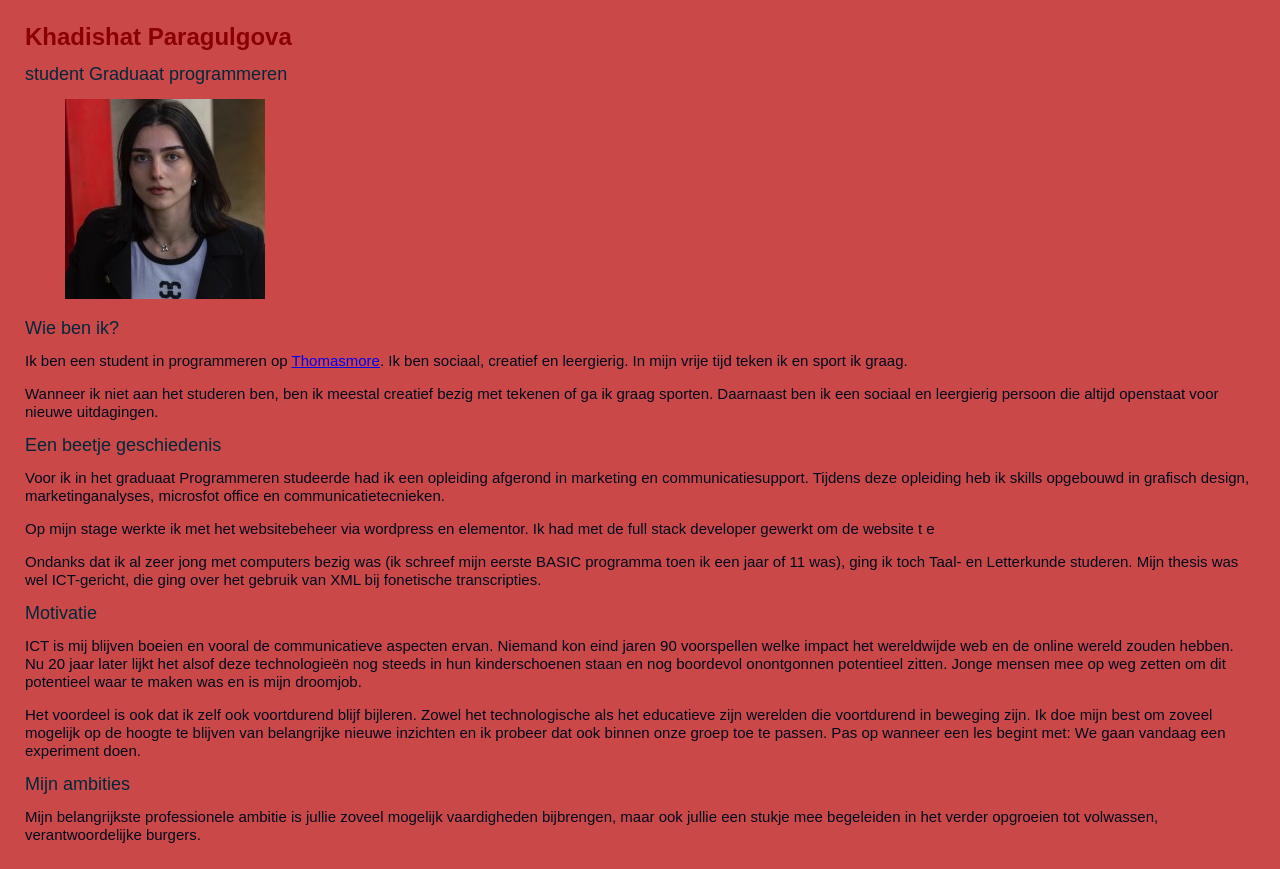
Repository: khadishat00/portfolio
Page: index.html
These files come from the project's save history. The page is drawn as it stood at one moment and after a run of saves; the edit follows.
The browser window is 1280 px wide. The pictures show the whole page.

Above is the page before, as saved 2026-09-24 15:05:07.

### index.html
<!doctype html>
<html lang="en">
  <head>
    <meta charset="UTF-8" />
    <meta name="viewport" content="width=device-width, initial-scale=1.0" />
    <title>portfolio</title>
  </head>
  <style>
    html {
      font-family: Arial, sans-serif;
    }
    body {
      background-color: rgb(203, 72, 72);
      margin: 25px;
    }
    h1 {
      font-family: "Century Gothic", sans-serif;
      color: darkred;
      font-weight: bold;
      font-size: 24px;
      line-height: 24px;
    }
    h2 {
      font-family: "Century Gothic", sans-serif;
      color: #00283c;
      font-weight: normal;
      font-size: 18px;
      line-height: 18px;
    }
    p {
      font-family: Arial, sans-serif;
      color: #000a1e;
      font-size: 15px;
      line-height: 18px;
      font-weight: normal;
      padding:;
    }

    figure {
      display: block;
      margin-block-start: 1em;
      margin-block-end: 1em;
      margin-inline-start: 40px;
      margin-inline-end: 40px;
      unicode-bidi: isolate;
    }

    img {
      max-width: 100%;
      border-color: blue;

    }
  </style>

  <body>
    <header>
         <h1>Khadishat Paragulgova</h1>
      <h2>student Graduaat programmeren</h2>
      <figure>
        <img src="profielfoto.jpg" alt="Mijn profielfoto" />
      </figure>
    </header>
    <main>
     <h2>Wie ben ik?</h2>
      <p>
        Ik ben een student in programmeren op
        <a href="https://thomasmore.be/nl">Thomasmore</a>. Ik ben sociaal,
        creatief en leergierig. In mijn vrije tijd teken ik en sport ik graag.
      </p>
      <p>
        Wanneer ik niet aan het studeren ben, ben ik meestal creatief bezig met
        tekenen of ga ik graag sporten. Daarnaast ben ik een sociaal en
        leergierig persoon die altijd openstaat voor nieuwe uitdagingen.
      </p>

      <h2>Een beetje geschiedenis</h2>
      <p>
        Voor ik in het graduaat Programmeren studeerde had ik een opleiding
        afgerond in marketing en communicatiesupport. Tijdens deze opleiding heb
        ik skills opgebouwd in grafisch design, marketinganalyses, microsfot
        office en communicatietecnieken.
      </p>
      <p>
        Op mijn stage werkte ik met het websitebeheer via wordpress en
        elementor. Ik had met de full stack developer gewerkt om de website t e
      </p>
      <p>
        Ondanks dat ik al zeer jong met computers bezig was (ik schreef mijn
        eerste BASIC programma toen ik een jaar of 11 was), ging ik toch Taal-
        en Letterkunde studeren. Mijn thesis was wel ICT-gericht, die ging over
        het gebruik van XML bij fonetische transcripties.
      </p>

      <h2>Motivatie</h2>
      <p>
        ICT is mij blijven boeien en vooral de communicatieve aspecten ervan.
        Niemand kon eind jaren 90 voorspellen welke impact het wereldwijde web
        en de online wereld zouden hebben. Nu 20 jaar later lijkt het alsof deze
        technologieën nog steeds in hun kinderschoenen staan en nog boordevol
        onontgonnen potentieel zitten. Jonge mensen mee op weg zetten om dit
        potentieel waar te maken was en is mijn droomjob.
      </p>
      <p>
        Het voordeel is ook dat ik zelf ook voortdurend blijf bijleren. Zowel
        het technologische als het educatieve zijn werelden die voortdurend in
        beweging zijn. Ik doe mijn best om zoveel mogelijk op de hoogte te
        blijven van belangrijke nieuwe inzichten en ik probeer dat ook binnen
        onze groep toe te passen. Pas op wanneer een les begint met: We gaan
        vandaag een experiment doen.
      </p>

      <h2>Mijn ambities</h2>
      <p>
        Mijn belangrijkste professionele ambitie is jullie zoveel mogelijk
        vaardigheden bijbrengen, maar ook jullie een stukje mee begeleiden in
        het verder opgroeien tot volwassen, verantwoordelijke burgers.
      </p>
    </main>
  </body>
</html>

After the next 5 saves:
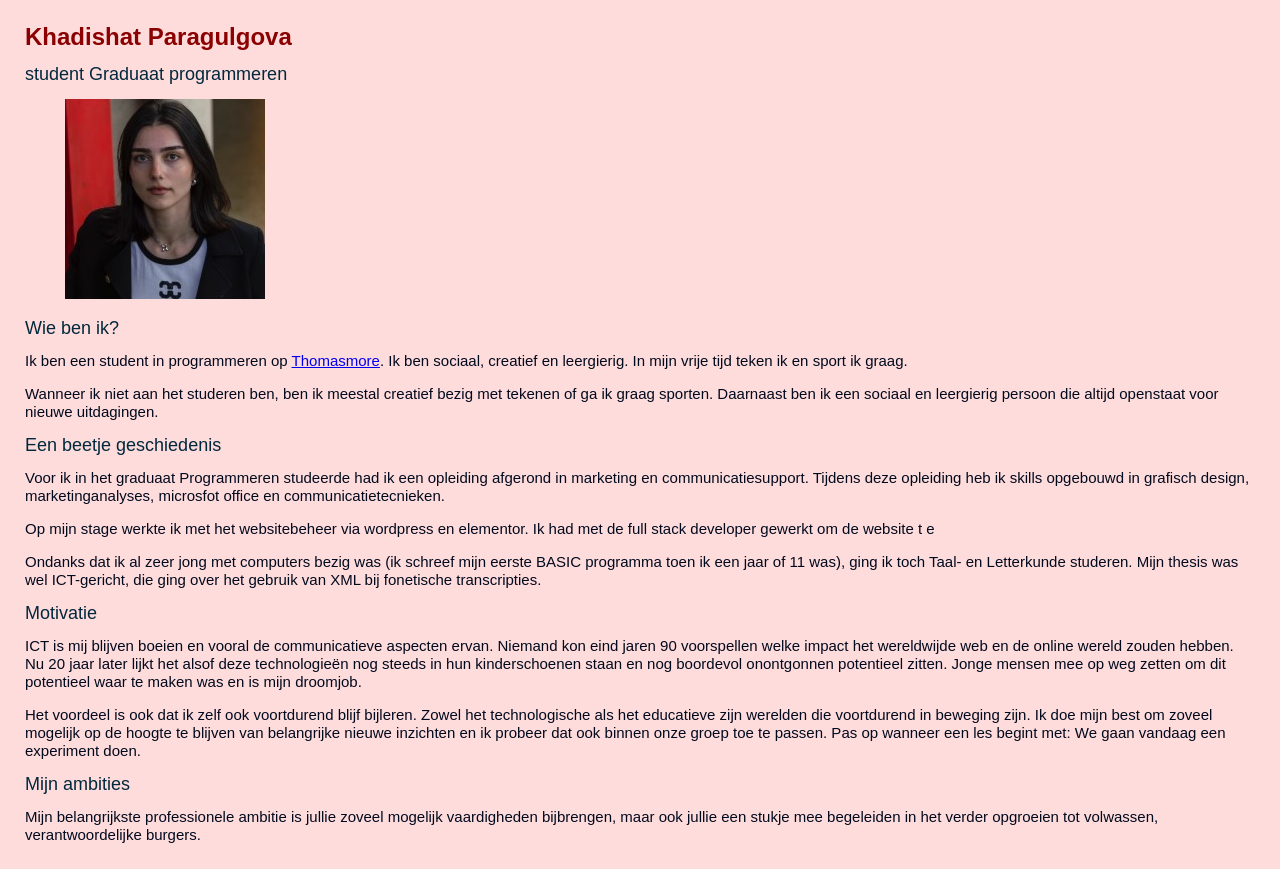
The 5 saves are shown as one change because they came seconds apart.
The last was saved 18 s later.
--- a/index.html
+++ b/index.html
@@ -10,7 +10,7 @@
       font-family: Arial, sans-serif;
     }
     body {
-      background-color: rgb(203, 72, 72);
+      background-color: rgba(255, 160, 160, 0.366);
       margin: 25px;
     }
     h1 {
